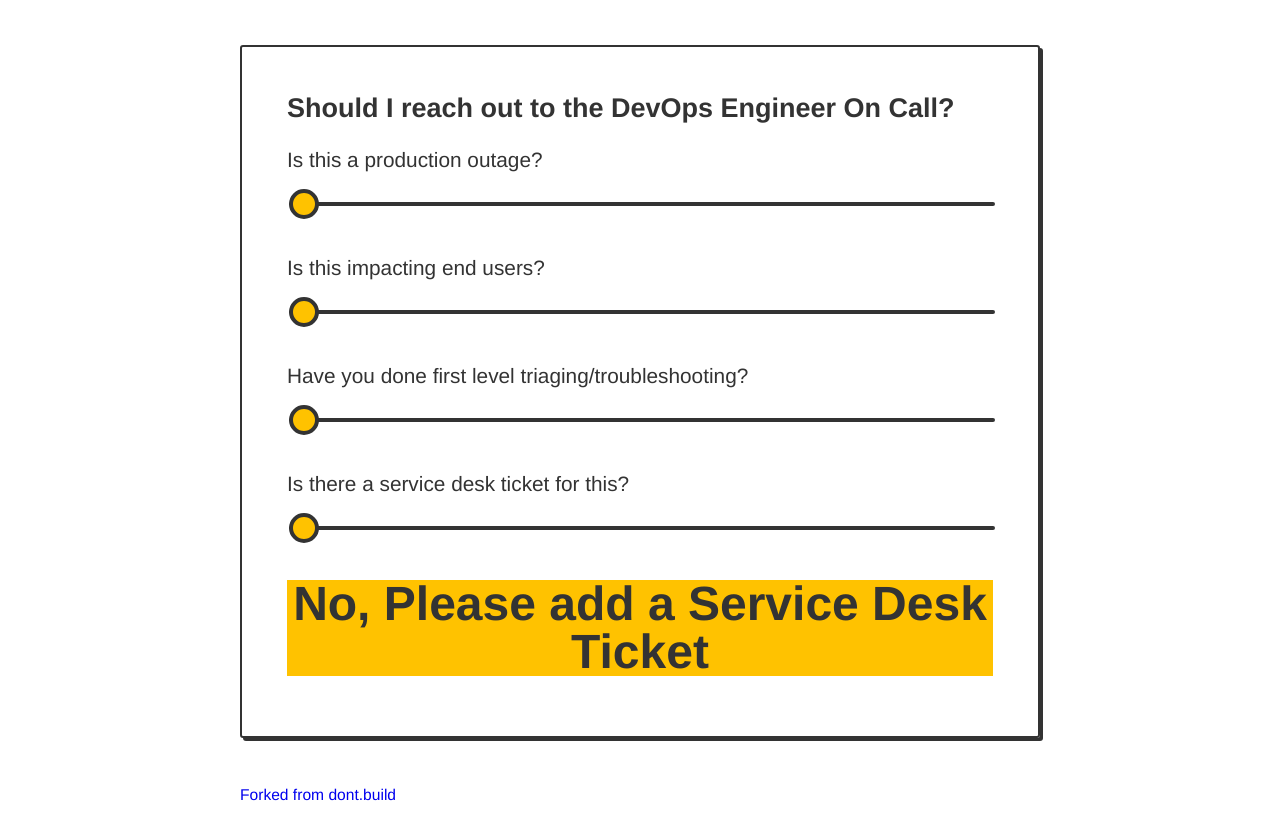
Repository: harishbsrinivas/dont.call
Page: index.html
An editor plug-in stored every save of this project. The page is shown before and after the next save, followed by the edit.
The browser window is 1280 px wide. The pictures show the whole page.

Above is the page before, as saved 2022-12-04 11:45:34.

### index.html
<!DOCTYPE html>
<html lang="en-US">

<head>
    <meta charset="utf-8" />
    <title>Should I reach out to the DevOps Engineer On Call?</title>
    <meta name="description"
        content="A simple, opinionated decision system to help decide whether to reach out to the Devops Engineer On Call?" />
    <link rel="shortcut icon" href="https://dont.build/favicon.png" />
    <meta property="og:image" content="https://dont.build/thumb.png">
    <meta name="viewport" content="width=device-width, initial-scale=1" />
    <link href="style.css?v=2" rel="stylesheet" type="text/css" />
</head>

<body>

    <div class="container">
        <section class="box">
            <h1 class="title">Should I reach out to the DevOps Engineer On Call?</h1>
            <br />
            <form class="form">
                <fieldset class="p-outage">
                    <span class="value"></span>
                    <label>Is this a production outage?</label>
                    <input type="range" min="1" max="2" step="1" value="1" />
                </fieldset>
                <fieldset class="p-impact">
                    <span class="value"></span>
                    <label>Is this impacting end users?</label>
                    <input type="range" min="1" max="3" step="1" value="1" />
                </fieldset>
                <fieldset class="p-tshoot">
                    <span class="value"></span>
                    <label>Have you done first level triaging/troubleshooting?</label>
                    <input type="range" min="1" max="2" step="1" value="0.5" />
                </fieldset>
                <fieldset class="p-peers">
                    <span class="value"></span>
                    <label>Is there a service desk ticket for this?</label>
                    <input type="range" min="1" max="2" step="1" value="3" />
                </fieldset>
            </form>
            <h1 class="answer">
                <span><span class="bool"></span><span class="percent"></span></span>
            </h1>
        </section>

        <noscript>
            <h1>This page requires Javascript to function.</h1>
        </noscript>

        <footer><a href="https://github.com/knadh/dont.build">Forked from dont.build</a>
        </footer>
    </div>


    <script>
        (function () {
            const params = [
                { weight: 0.6, value: 1, negative: false, name: 'p-outage', },
                { weight: 2, value: 1, negative: false, name: 'p-impact', },
                { weight: 0.8, value: 1, negative: false, name: 'p-tshoot', },
                { weight: 1, value: 1, negative: false, name: 'p-peers', },
            ]

            params.forEach((p, n) => {
                let net = 0;
                const inp = document.querySelector(`.${p.name} input`);

                inp.value = p.value;
                inp.oninput = (e) => {
                    const val = parseFloat(e.target.value, 64);
                    document.querySelector(`.${p.name} .value`).innerText = val;
                    p.value = val;

                    // Sum all weighted params.
                    const sum = params.reduce((prev, pm) => {
                        let v = pm.value;
                        if (pm.negative) {
                            v = 10 - v;
                        }

                        return prev + (v / 10 * pm.weight);
                    }, 0);

                    // Display the results.
                    // document.querySelector(".answer .percent").innerText = `${(sum * 100).toFixed(0)}%`;

                    let b = 'Yes';
                    if (sum < 0.5 && sum > 0.46) {
                        b = `No, Please add a Service Desk Ticket`;
                    } else if (sum < 0.48) {
                        b = `No, Please add a Service Desk Ticket`;
                    } else if (sum > 0.5 && sum < 0.54) {
                        b = `Yes`;
                    } else if (sum === 0.5) {
                        b = 'Yes';
                    }
                    document.querySelector(".answer .bool").innerText = b;
                };

                inp.dispatchEvent(new Event('input'));
            });
        })();
    </script>

</body>

</html>

### style.css
:root {
    --primary: #ffc200;
    --secondary: #333;
}

* {
    box-sizing: border-box;
}

html, body {
    margin: 0;
}

body {
    font-family: 'Helvetica Neue', 'Segoe UI', Arial, sans-serif;
    font-size: 18px;
    line-height: 24px;
    color: var(--secondary);
    height: 100%;
    margin: 0;
    padding: 0;
}

h1, h2, h3 {
  line-height: 2rem;
}

a {
    text-decoration: none;
}

p {
  color: #666;
}

fieldset {
  padding: 0;
  margin: 0;
  border: 0;
}

input[type="range"] {
  -webkit-appearance: none;
  width: 100%;
  height: 4px;
  background: var(--secondary);
  border-radius: 3px;
}

input[type="range"]::-webkit-slider-thumb {
  -webkit-appearance: none;
  background: var(--primary);
  height: 30px;
  width: 30px;
  border-radius: 50%;
  cursor: pointer;
  border: 4px solid var(--secondary);
}

input[type="range"]::-moz-range-thumb {
  background: var(--primary);
  border-radius: 100%;
  height: 20px;
  width: 20px;
  cursor: pointer;
  border: 4px solid var(--secondary);
}

input[type=range]::-webkit-slider-runnable-track  {
  -webkit-appearance: none;
  box-shadow: none;
  border: none;
  background: transparent;
}


button {
    background: var(--primary);
    cursor: pointer;
    border-color: #000;
    padding: 10px 30px;
}
    button:hover {
        background: #aaa;
    }

.container {
    max-width: 800px;
    margin: 45px auto 30px auto;
}
.box {
    padding: 30px 45px;
    border: 1px solid #ddd;
    border-radius: 3px;
    border: 2px solid var(--secondary);
    box-shadow: 3px 3px 0px var(--secondary);
    margin-bottom: 45px;
}

.container .title {
  margin: 15px 0 0px 0;
}

.help {
  margin-top: 5px;
}

.form {
  clear: both;
}
.form fieldset {
  font-size: 1.3rem;
  margin-bottom: 45px;
}
  .form label {
    display: block;
    margin-bottom: 15px;
  }
  .form .value, .help {
    display: none;
    float: right;
    color: #aaa;
  }

.answer {
  text-align: center;
  margin: 30px 0;
  font-size: 3rem;
  line-height: 3rem;
}
  .answer span {
    display: inline-block;
    background: var(--primary);
  }

footer {
  margin: 30px auto;
  color: #999;
  font-size: 0.975rem;
}

@media (max-width: 800px) {
  .container {
    max-width: none;
    margin: 20px 30px 20px 20px;
    padding: 0;
  }
  .box {
    padding: 0;
    border: 0;
    box-shadow: none;
  }
  .help {
    float: none;
  }
  .form label {
    float: left;
    max-width: 90%;
  }
}


@media (max-width: 400px) {
  .form label {
    max-width: 70%;
  }
}

After the next save:
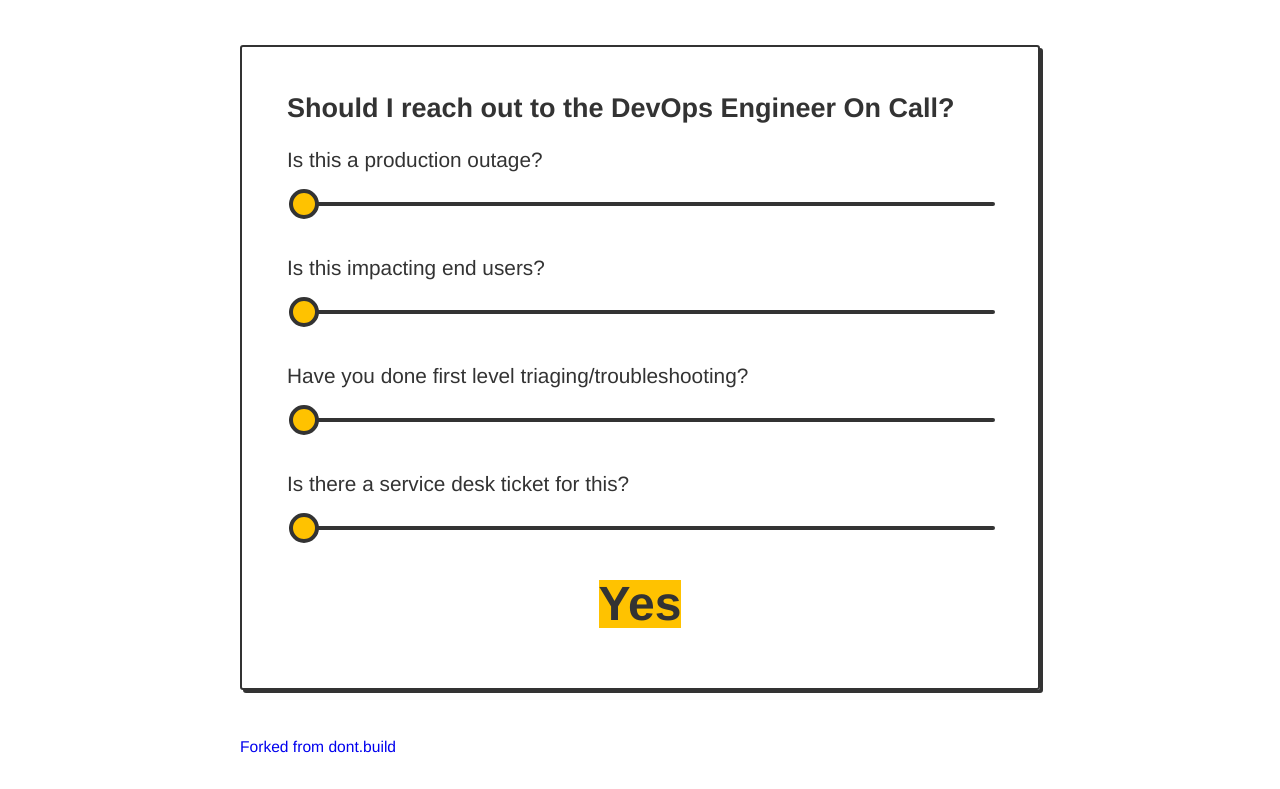
Saved 21 s later.
--- a/index.html
+++ b/index.html
@@ -59,7 +59,7 @@
             const params = [
                 { weight: 0.6, value: 1, negative: false, name: 'p-outage', },
                 { weight: 2, value: 1, negative: false, name: 'p-impact', },
-                { weight: 0.8, value: 1, negative: false, name: 'p-tshoot', },
+                { weight: 2, value: 1, negative: false, name: 'p-tshoot', },
                 { weight: 1, value: 1, negative: false, name: 'p-peers', },
             ]
 

After the save that followed:
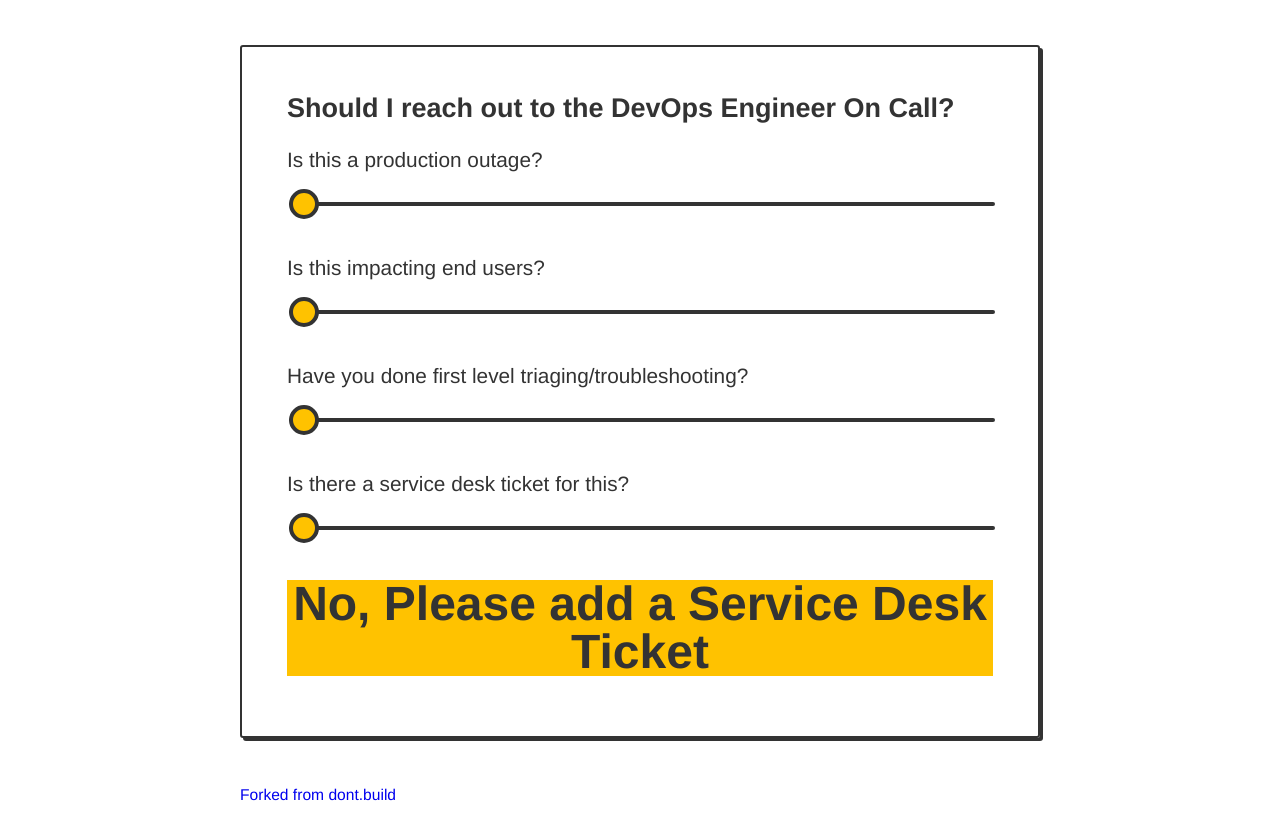
Saved 119 s later.
--- a/index.html
+++ b/index.html
@@ -32,7 +32,7 @@
                 <fieldset class="p-tshoot">
                     <span class="value"></span>
                     <label>Have you done first level triaging/troubleshooting?</label>
-                    <input type="range" min="1" max="2" step="1" value="0.5" />
+                    <input type="range" min="1" max="2" step="1" value="1" />
                 </fieldset>
                 <fieldset class="p-peers">
                     <span class="value"></span>
@@ -57,10 +57,10 @@
     <script>
         (function () {
             const params = [
-                { weight: 0.6, value: 1, negative: false, name: 'p-outage', },
+                { weight: 1, value: 1, negative: false, name: 'p-outage', },
                 { weight: 2, value: 1, negative: false, name: 'p-impact', },
-                { weight: 2, value: 1, negative: false, name: 'p-tshoot', },
-                { weight: 1, value: 1, negative: false, name: 'p-peers', },
+                { weight: 0.3, value: 1, negative: false, name: 'p-tshoot', },
+                { weight: 0.6, value: 1, negative: false, name: 'p-peers', },
             ]
 
             params.forEach((p, n) => {
